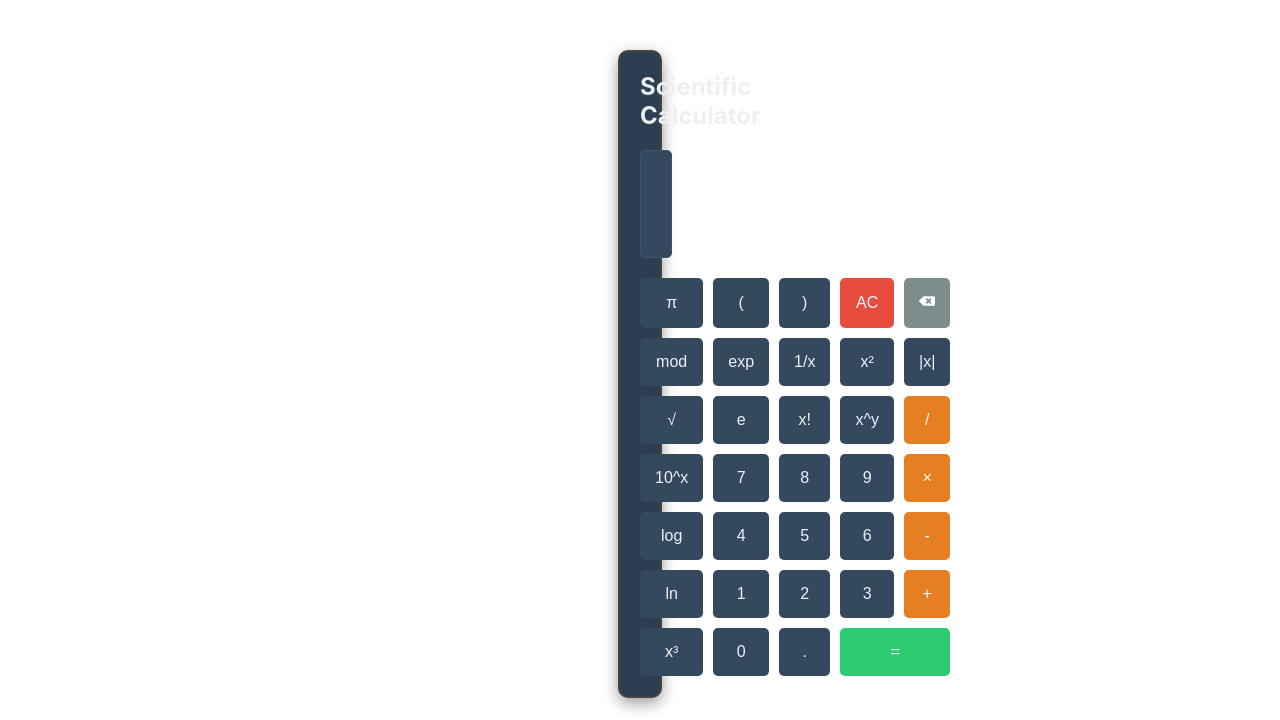
Repository: thesaherriaz/Calculator-React
Page: /
These files come from the project's save history. The page is drawn as it stood at one moment and after the next save; the edit follows.
The browser window is 1280 px wide. The pictures show the whole page.
The project was rebuilt for these pictures with package versions that can differ from the ones it lists, and the page was loaded fresh each time.

Above is the page before, as saved 2025-06-20 12:54:44.

After the next save:
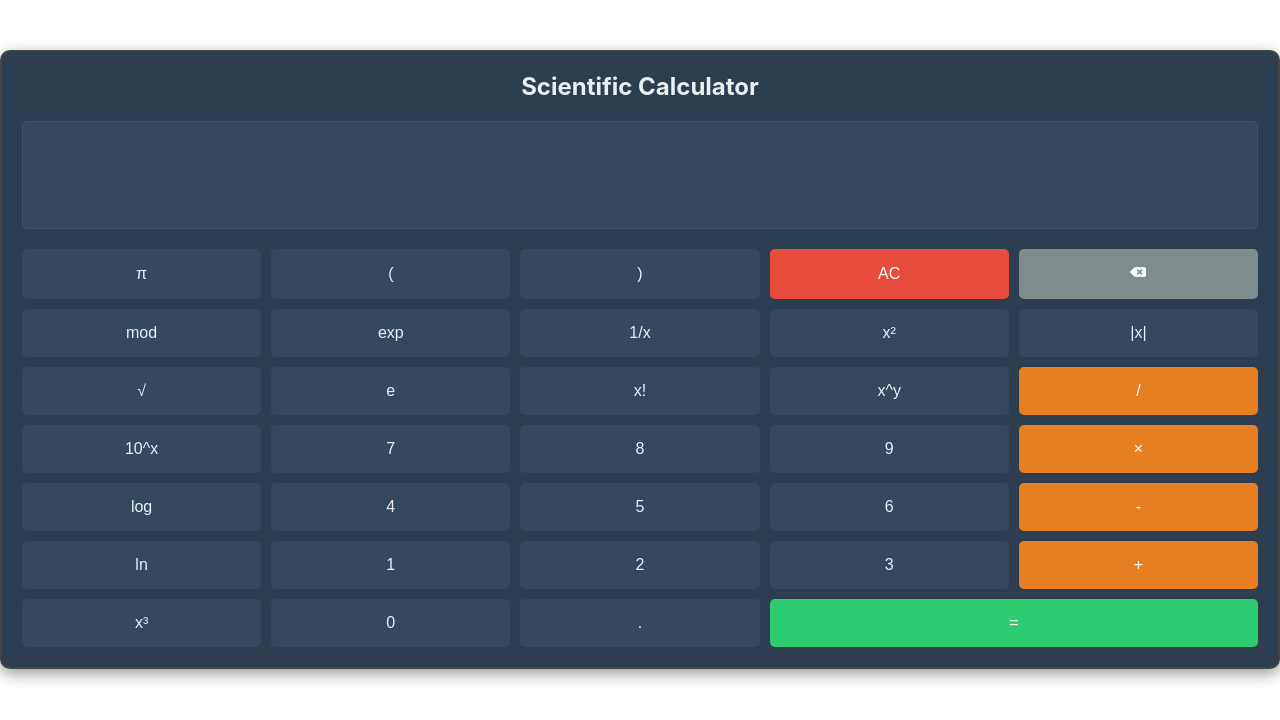
Saved 6 s later.
--- a/src/compnents/Calculator.css
+++ b/src/compnents/Calculator.css
@@ -4,7 +4,7 @@
     padding: 0;
 }
 .calculator {
-    width: 00px;
+    width: 800`;
     margin: 50px auto 0px auto;
     border: 2px solid #444;
     border-radius: 10px;
